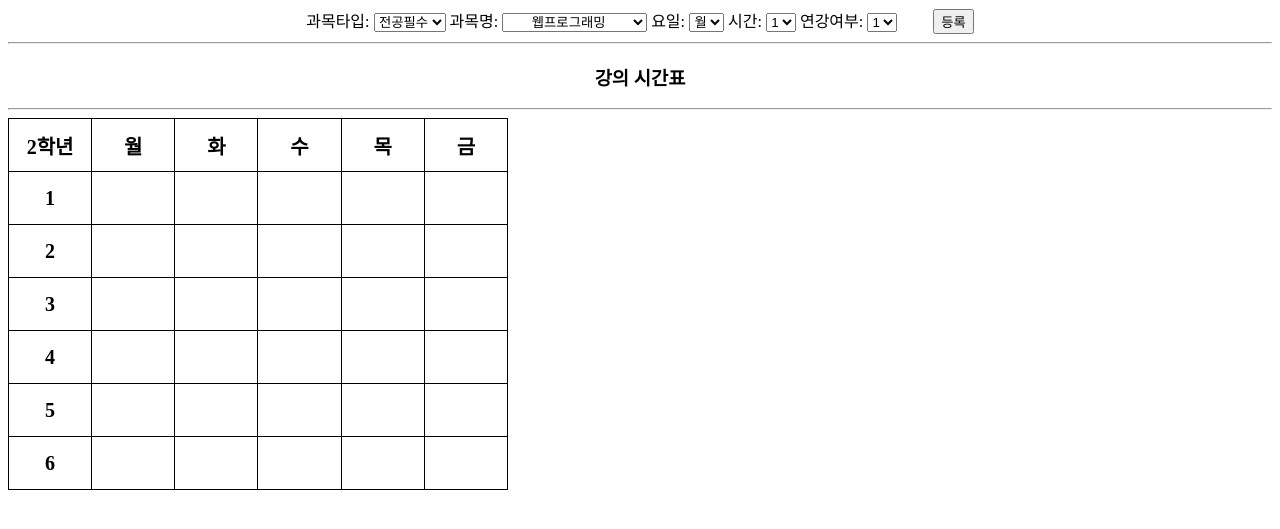
Repository: leecrossun/web-practice-javascript-2019
Page: http://localhost/First_half/Practice47/Practice47.jsp
The author's editor kept a copy of each file at every save. The page is drawn from the files as they stood at one save, then again after a run of saves.
The browser window is 1280 px wide. The pictures show the whole page.
The page is served by Tomcat 9. Other server files are loaded and not shown.

Above is the page before, as saved 2019-12-11 05:35:31.

### JSP/First_half/WebContent/Practice47/Practice47.jsp
<!--문헌정보학과 20170581 이효선
         웹브라우저 : 크롬 -->
<%@ page language="java" contentType="text/html; charset=UTF-8"
    pageEncoding="UTF-8" import="jspbook.pr47.*" %>
<% request.setCharacterEncoding("UTF-8"); %>
<%@ page import="java.util.*" %>
<jsp:useBean id="bean" class="jspbook.pr47.LectureBean"/>
<jsp:useBean id="manager" class="jspbook.pr47.LectureManager" scope="session"/>
<jsp:setProperty property="*" name="bean"/>

<!DOCTYPE html>
<html>
<head>
<meta charset="UTF-8">
<title>시간표 작성</title>
<style>
	* {
		text-align: center;
	}
table{
	border-collapse:collapse;
	width:60%;
	height:100px;
	text-align:center;
}
table, td, th{
	border:solid 1px;
	width:500px;
	height:50px;
	font-size:13px;
}
#major {
	background-color: #ffe082;
}
#major_select {
	background-color: #b2ccff;
}
#refinement {
	background-color: #bdbdbd;
}
</style>
</head>
<body>
<form action="Practice40.jsp" method="post">
<%
String[] typeNames = {"전공필수", "전공선택", "교양", "자유선택"};
String[] titleNames = {"웹프로그래밍","운영체제","소프트웨어프로그래밍","데이터베이스개론","자료구조","네트워크","창의와감성","사회봉사"};
String[] days = {"월","화","수","목","금","토"};

int i;
out.println("과목타입: <select name=\"type\">");
for (i=0;i<typeNames.length;i++)
	out.println("<option value="+i+">"+typeNames[i]+"</option>");
out.println("</select>");

out.println("과목명: <select name=\"title\">");
for (i=0;i<titleNames.length;i++)
	out.println("<option value="+i+">"+titleNames[i]+"</option>");
out.println("</select>");

out.println("요일: <select name=\"day\">");
for (i=0;i<days.length;i++)
	out.println("<option value="+i+">"+days[i]+"</option>");
out.println("</select>");

out.println("시간: <select name=\"time\">");
for (i=1;i<7;i++)
	out.println("<option value="+i+">"+i+"</option>");
out.println("</select>");

out.println("연강여부: <select name=\"consecutive\">");
for (i=1;i<7;i++)
	out.println("<option value="+i+">"+i+"</option>");
out.println("</select>");
%>
&nbsp;&nbsp;&nbsp;&nbsp;&nbsp;&nbsp;&nbsp;
<input type="submit" value="등록">
<hr>
</form>
<%
// 파라미터 값 받기

String type = request.getParameter("type");
String title = request.getParameter("title");
String day = request.getParameter("day");
String time = request.getParameter("time");
String consecutives = request.getParameter("consecutive");

if (type != null && title != null && day != null && time != null && consecutives != null)
{
	manager.add(bean);
	manager.buildMatrix();
}

System.out.println("typeMatrix");
LectureManager.printMatrix(manager.getTypeMatrix());
System.out.println("titleMatrix");
LectureManager.printMatrix(manager.getTitleMatrix());
System.out.println("spanMatrix");
LectureManager.printMatrix(manager.getSpanMatrix());
%>
<%
int[][] lectureType = manager.getTypeMatrix();
int[][] consecutive = manager.getTitleMatrix();
int[][] lectureTitle = manager.getSpanMatrix();
%>
<div align=center><h3>강의 시간표</h3>
<table>
<%
out.println("<tr><th style='font-size:20px; font-weight:bold'>2학년</th>");
for(i=0; i<days.length-1; i++)
	out.println("<th style='font-size:20px; font-weight:bold'>"+days[i]+"</th>");
out.println("</tr>");

for(i=0; i<6; i++)
{
	out.println("<tr><td style='font-size:20px; font-weight:bold'>");
	out.print(i+1 + "</td>");
	for(int j=0; j<5; j++)
	{
		switch(lectureType[i][j])
		{
		case 1:
			out.print("<td id=major");
			break;
		case 2:
			out.print("<td id=major_select");
			break;
		case 3:
			out.print("<td id=refinement");
			break;
		default:
			out.print("<td");
		}
		if(consecutive[i][j]==1)
		{
			out.println(">");
		}
		else if(consecutive[i][j] != 0)
		{
			out.println(" rowspan='" + consecutive[i][j] + "'>");
		}
		if(lectureTitle[i][j]==-1)
		{
			out.println("&nbsp;");
		}
		else
		{
			out.println(titleNames[lectureTitle[i][j]]);
		}
		out.println("</td>");
	}
	out.println("</tr>");
}

out.println("<hr>");
for (LectureBean value : manager.getLectureList())
{
%>
	<%= value.toString() %>
<%
	out.println("<br>");
}
%>
</table>
</div>
</body>
</html>

### JSP/First_half/src/jspbook/pr47/LectureBean.java
package jspbook.pr47;

public class LectureBean {
	static final String[] typeNames = {"전공필수", "전공선택", "교양", "자유선택"};
	static final String[] titleNames = {"웹프로그래밍","운영체제","소프트웨어프로그래밍","데이터베이스개론","자료구조","네트워크","창의와감성","사회봉사"};
	static final String[] days = {"월","화","수","목","금","토"};

	private int type, title, day, time, consecutive;

	public LectureBean() {
		this.type = -1;
		this.title = -1;
		this.day = -1;
		this.time = -1;
		this.consecutive = -1;
	}

	//toString
	public String toString()
	{
		return typeNames[type] + "/" + titleNames[title] + "/" + days[day] + "/" + time + "/" + consecutive;
	}

	// getter setter
	public int getType() {
		return type;
	}

	public void setType(int type) {
		this.type = type;
	}

	public int getTitle() {
		return title;
	}

	public void setTitle(int title) {
		this.title = title;
	}

	public int getDay() {
		return day;
	}

	public void setDay(int day) {
		this.day = day;
	}

	public int getTime() {
		return time;
	}

	public void setTime(int time) {
		this.time = time;
	}

	public int getConsecutive() {
		return consecutive;
	}

	public void setConsecutive(int consecutive) {
		this.consecutive = consecutive;
	}

	public static String[] getTypenames() {
		return typeNames;
	}

	public static String[] getTitlenames() {
		return titleNames;
	}

	public static String[] getDays() {
		return days;
	}

}

### JSP/First_half/src/jspbook/pr47/LectureManager.java
package jspbook.pr47;
import java.util.*;
public class LectureManager {
	private static final int times = 6;
	private static final int days = 5;
	private int[][] typeMatrix = new int[times][days];
	private int[][] titleMatrix = {
			{1,1,1,1,1},
			{1,1,1,1,1},
			{1,1,1,1,1},
			{1,1,1,1,1},
			{1,1,1,1,1},
			{1,1,1,1,1}
	};
	private int[][] spanMatrix = {
			{-1,-1,-1,-1,-1},
			{-1,-1,-1,-1,-1},
			{-1,-1,-1,-1,-1},
			{-1,-1,-1,-1,-1},
			{-1,-1,-1,-1,-1},
			{-1,-1,-1,-1,-1}
	};

	public int[][] getTypeMatrix() {
		return typeMatrix;
	}

	public void setTypeMatrix(int[][] typeMatrix) {
		this.typeMatrix = typeMatrix;
	}

	public int[][] getTitleMatrix() {
		return titleMatrix;
	}

	public void setTitleMatrix(int[][] titleMatrix) {
		this.titleMatrix = titleMatrix;
	}

	public int[][] getSpanMatrix() {
		return spanMatrix;
	}

	public void setSpanMatrix(int[][] spanMatrix) {
		this.spanMatrix = spanMatrix;
	}
	ArrayList<LectureBean> lecturelist = new ArrayList<LectureBean>();

	public List<LectureBean> getLectureList()
	{
		return lecturelist;
	}

	public void add(LectureBean lbean)
	{
		lecturelist.add(lbean);
	}

	public void buildMatrix()
	{
		for (int i = 0; i < lecturelist.size(); i++)
		{
				typeMatrix[getLectureList().get(i).getTime()-1][getLectureList().get(i).getDay()] = getLectureList().get(i).getType()+1;
				titleMatrix[getLectureList().get(i).getTime()-1][getLectureList().get(i).getDay()] = getLectureList().get(i).getTitle();
				spanMatrix[getLectureList().get(i).getTime()-1][getLectureList().get(i).getDay()] = getLectureList().get(i).getConsecutive();
				if (getLectureList().get(i).getConsecutive()!=1)
				{
					int j = 1;
					while (j < getLectureList().get(i).getConsecutive())
					{
						spanMatrix[getLectureList().get(i).getTime()-1+j][getLectureList().get(i).getDay()] = 0;
						j++;
					}
				}
		}
	}
	public static void printMatrix(int[][] matrix)
	{
		for (int i = 0; i < times; i++)
		{
			for (int j = 0; j < days; j++)
			{
				System.out.print(matrix[i][j] + " ");
			}
			System.out.println("");
		}
	}
}

After the next 2 saves:
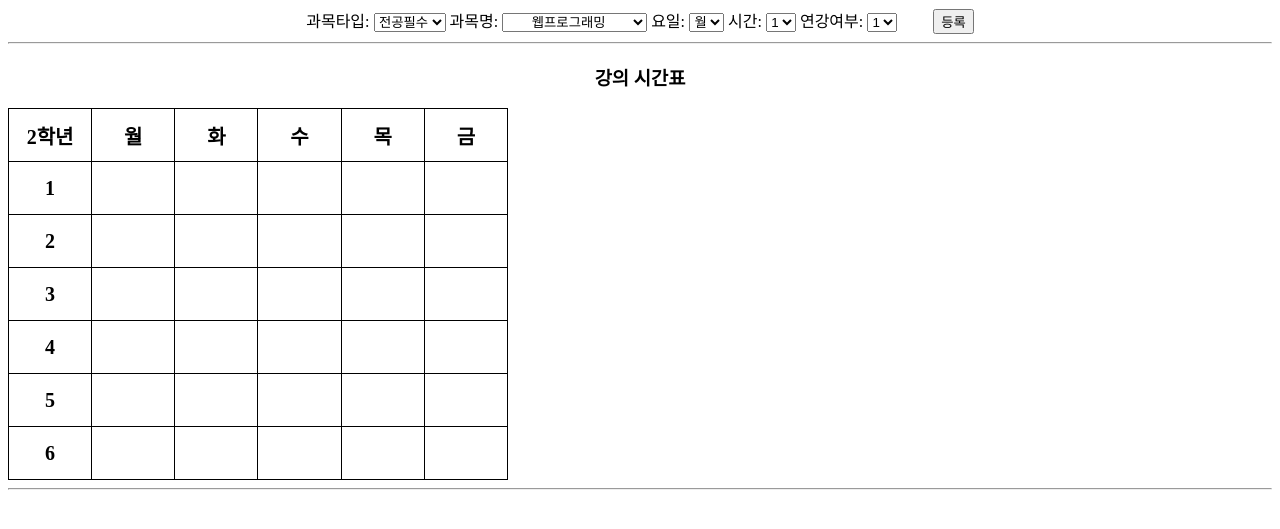
The 2 saves are shown as one change because they came seconds apart.
The last was saved 81 s later.
--- a/JSP/First_half/WebContent/Practice47/Practice47.jsp
+++ b/JSP/First_half/WebContent/Practice47/Practice47.jsp
@@ -152,8 +152,9 @@ for(i=0; i<6; i++)
 	}
 	out.println("</tr>");
 }
-
-out.println("<hr>");
+%>
+</table>
+<%
 for (LectureBean value : manager.getLectureList())
 {
 %>
@@ -162,7 +163,7 @@ for (LectureBean value : manager.getLectureList())
 	out.println("<br>");
 }
 %>
-</table>
+<hr>
 </div>
 </body>
 </html>
